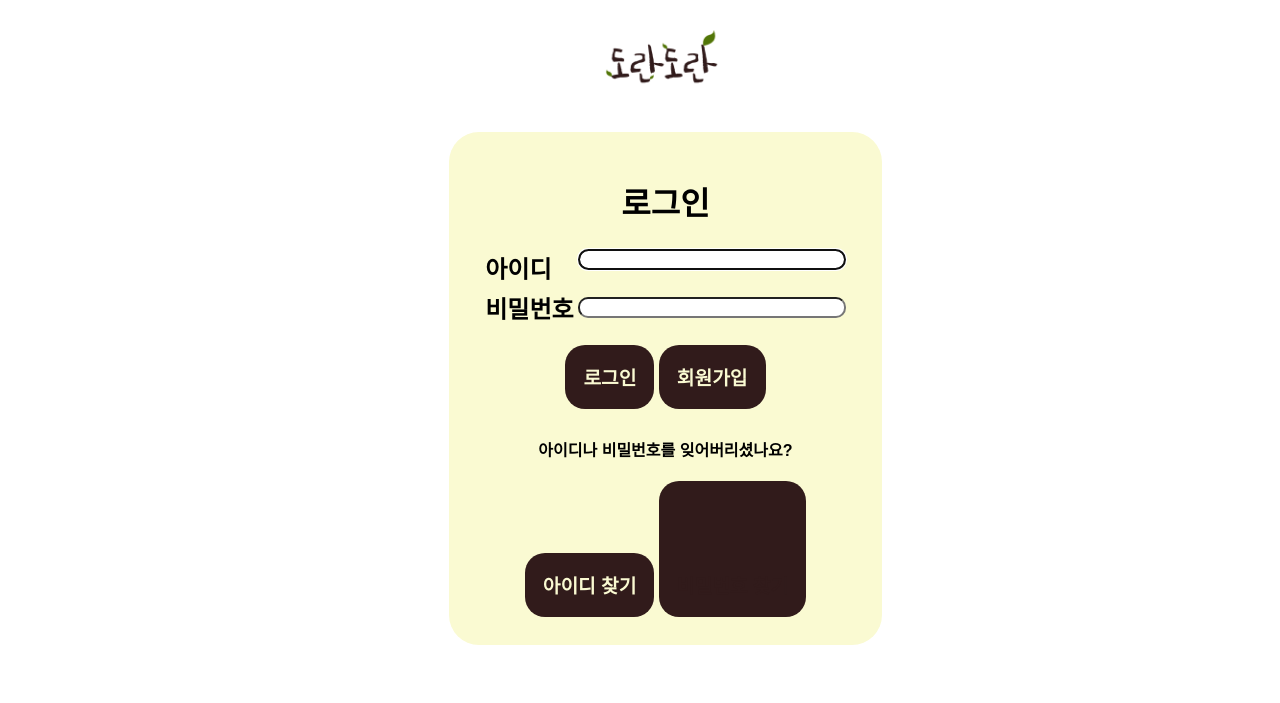
Repository: juhyun110701/DORANDORAN
Page: http://localhost/dorandoran/login.jsp
An editor plug-in stored every save of this project. The page is shown before and after the next save, followed by the edit.
The browser window is 1280 px wide. The pictures show the whole page.
Some web fonts or font styles are not loaded; a fallback is used. The page is served by Tomcat 9. Nobody is signed in. The application's start-up code is not run. Other server files are loaded and not shown.

Above is the page before, as saved 2019-07-17 12:37:34.

### dorandoran/WebContent/login.jsp
<%@ page language="java" contentType="text/html; charset=UTF-8"
    pageEncoding="UTF-8"%>
<!DOCTYPE html>
<html>
<head>
    <meta charset="UTF-8">
    <title>도란도란 : 로그인</title>
    <link rel="stylesheet" href="css/login.css">
    <link href="https://fonts.googleapis.com/css?family=Sunflower:300&display=swap" rel="stylesheet">
    <script>
    	window.onload=function(){
    		document.form.id.focus();
    	}

	    function check(){
			if(document.form.id.value==""){
				alert("아이디를 입력해주세요");
				document.form.id.focus();
				return;
			}
			if(document.form.pw.value==""){
				alert("비밀번호를 입력해주세요");
				document.form.pw.focus();
				return;
			}
			document.forms['form'].submit();	//아이디, 비밀번호 다 입력했을 시 loginProc.jsp로 이동
		}//function check()
    </script>
</head>
<body>

<form name="form" action="loginProc.jsp" method="post">
    <table id="whole">
        <tr>
            <td width="47%"></td>
            <td width="12%"><a href="index.jsp"><img src="img/logo.png" width="80%"></a></td>
            <td width="41%"></td>
        </tr>
        <tr>
           <td colspan=3>
               <div id="box" align="center">
                   <h1>로그인</h1>
                   <p/>
                   <table>
                      <tr>
                          <td>
                               <font size="5%">아이디</font>
                          </td>
                          <td>
                              <input type="text" name="id" class="text" size=30><p>
                          </td>
                       </tr>
                       <tr>
                            <td>
                                <font size="5%">비밀번호</font>
                            </td>
                            <td>
                                <input type="password" name="pw" class="text" size=30>
                            </td>
                       </tr>
                       <tr>
                           <td colspan=2 align="center">
                           	<p>
                           	<input type="button" id="login" class="btn" value="로그인" onclick="check()">
                           	<input type="button" id="signup" class="btn" value="회원가입" onclick="location.href='signup.jsp'">
                           	<p>
                           	<p>
                           	<hr color="#311b1b">
                           </td>
                       </tr>
                       <tr>
                       		<td colspan=2 align="center" id="forget">
                       			아이디나 비밀번호를 잊어버리셨나요?<p>
                       		</td>
                       </tr>
                       <tr>
                       		<td colspan=2 align="center">
                       			<input type="button" id="idforget" class="btn" value="아이디 찾기" onclick="location.href='idSearch.jsp'">
                       		    <input type="button" id="pwforget" class="btn" value="비밀번호 찾기" onclick="location.href='pwSearch.jsp'">
                       		</td>
                       </tr>
                   </table>

               </div>
           </td>
        </tr>
    </table>
</form>
</body>
</html>

### dorandoran/WebContent/css/login.css
body{
    margin:0;
}

*{
    font-family: 'Sunflower', sans-serif;
    font-weight:bold;
}

#whole{
    width:100%;
    height:100%;
}

a{
    text-decoration: none;
}

#box{
    background-color:lightgoldenrodyellow;
    border-radius:30px;
    width:30%;
    margin-left: 35%;
    padding:2%;
}

.text{
	border-radius:10px;
}

.btn{
	background-color:#311b1b;
	color:lightgoldenrodyellow;
	border-radius:20px;
	border:0;
	outline:0;
	padding:5%;
	font-size:120%;
}

hr{
	outline:0;
	border:0;
	color:#311b1b;
	height:2%;
}

#pwforget{
	color:#311b1b;
	padding-top:25%;
}

After the next save:
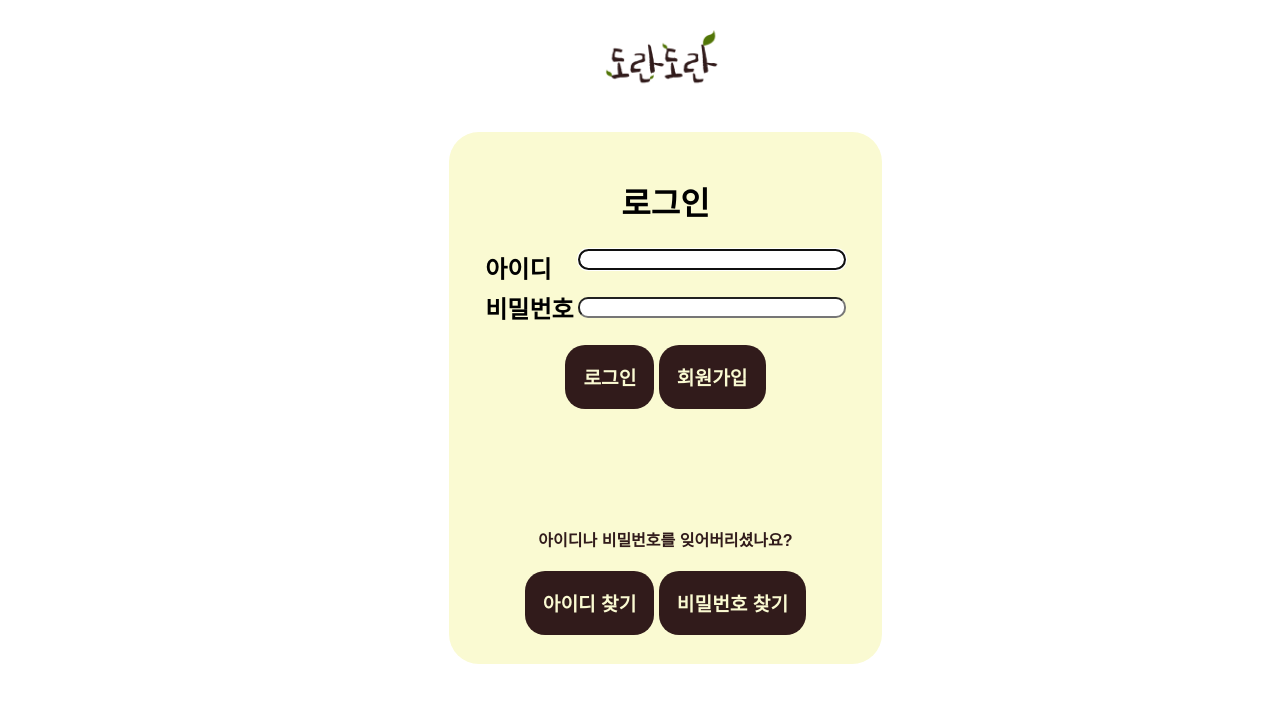
Saved 54 s later.
--- a/dorandoran/WebContent/css/login.css
+++ b/dorandoran/WebContent/css/login.css
@@ -45,7 +45,7 @@ hr{
 	height:2%;
 }
 
-#pwforget{
+#forget{
 	color:#311b1b;
 	padding-top:25%;
 }
